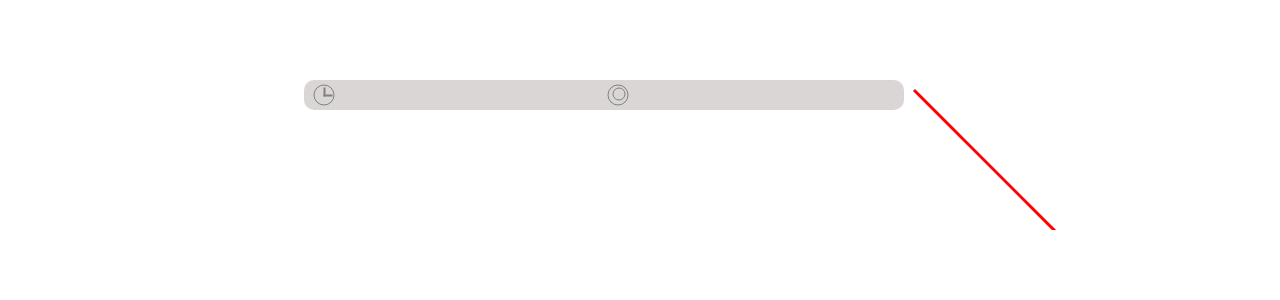
Repository: Gaj123-coder/emoji-search-app
Page: /
These files come from the project's save history. The page is drawn as it stood at one moment and after the next save; the edit follows.
The browser window is 1280 px wide. The pictures show the whole page.
The project was rebuilt for these pictures with package versions that can differ from the ones it lists, and the page was loaded fresh each time.

Above is the page before, as saved 2021-10-30 19:30:41.

After the next save:
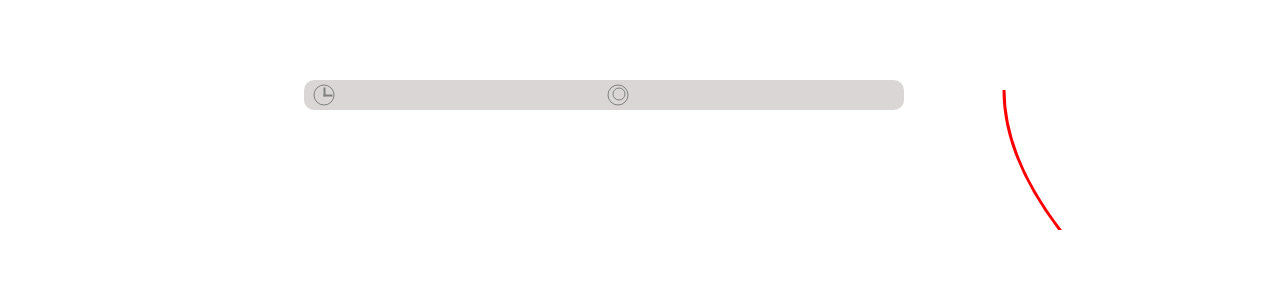
Saved 5 s later.
--- a/src/App.js
+++ b/src/App.js
@@ -18,7 +18,7 @@ function App() {
       </div>
       <div>
        <svg>
-         <path d="M10 10 Q100 100 202 202 302 302" stroke="red" strokeWidth="3" fill="none"/>
+         <path d="M100 10 Q100 100 202 202 302 302" stroke="red" strokeWidth="3" fill="none"/>
        </svg>
       </div>
     </div>
